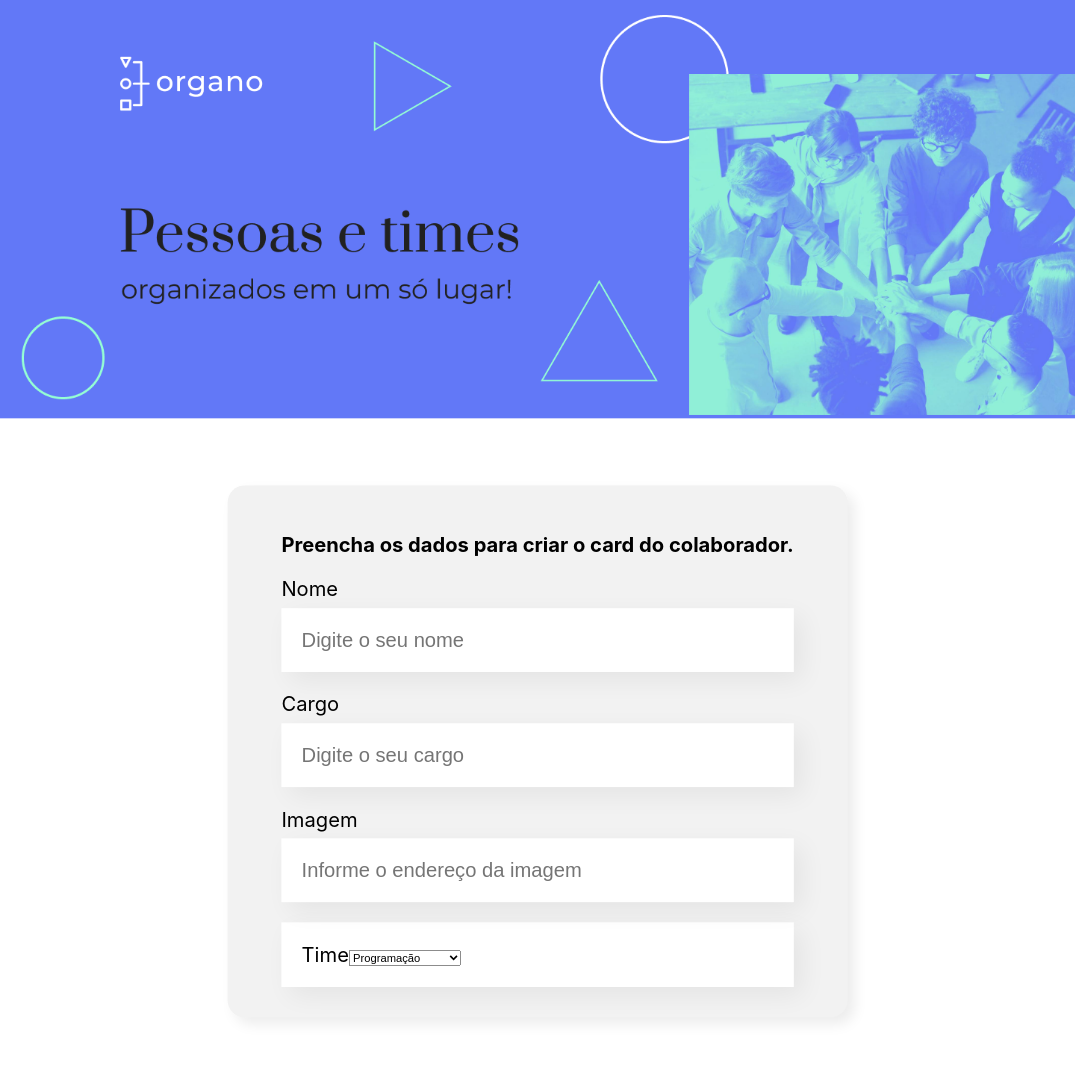
Repository: devMuriloOliveira/organo
Page: /
An editor plug-in stored every save of this project. The page is shown before and after the next save, followed by the edit.
The browser window is 1280 px wide. The pictures show the whole page, at 84% of full size.
The project was rebuilt for these pictures with package versions that can differ from the ones it lists, and the page was loaded fresh each time.

Above is the page before, as saved 2023-01-11 15:58:59.

After the next save:
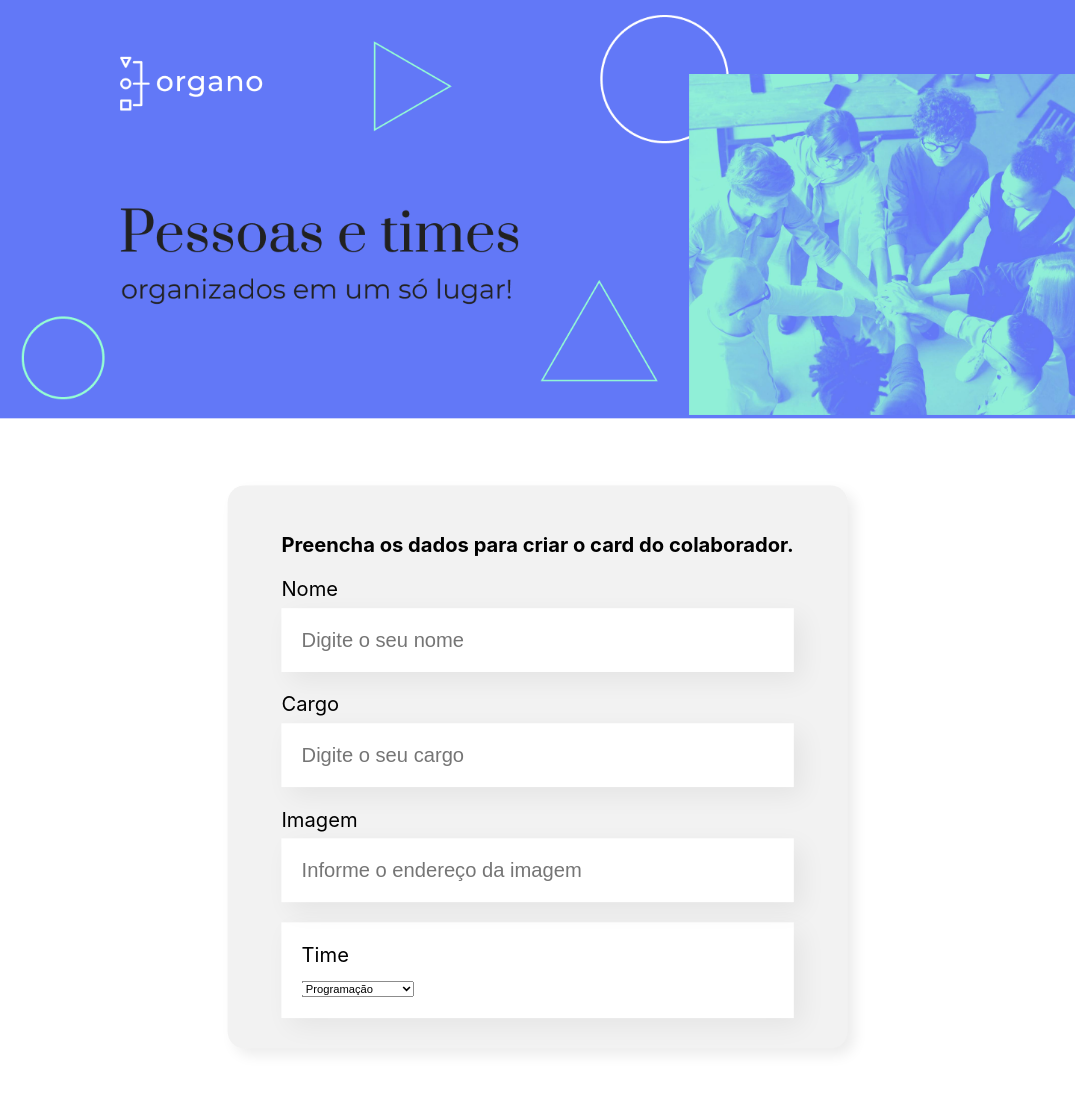
Saved 14 s later.
--- a/src/componentes/ListaSuspensa/ListaSuspensa.css
+++ b/src/componentes/ListaSuspensa/ListaSuspensa.css
@@ -1,4 +1,8 @@
-.lista-suspensa label {}
+.lista-suspensa label {
+  display: block;
+  margin-bottom: 8px;
+  font-size: 24px;
+}
 
 .lista-suspensa {
   background-color: #fff;
